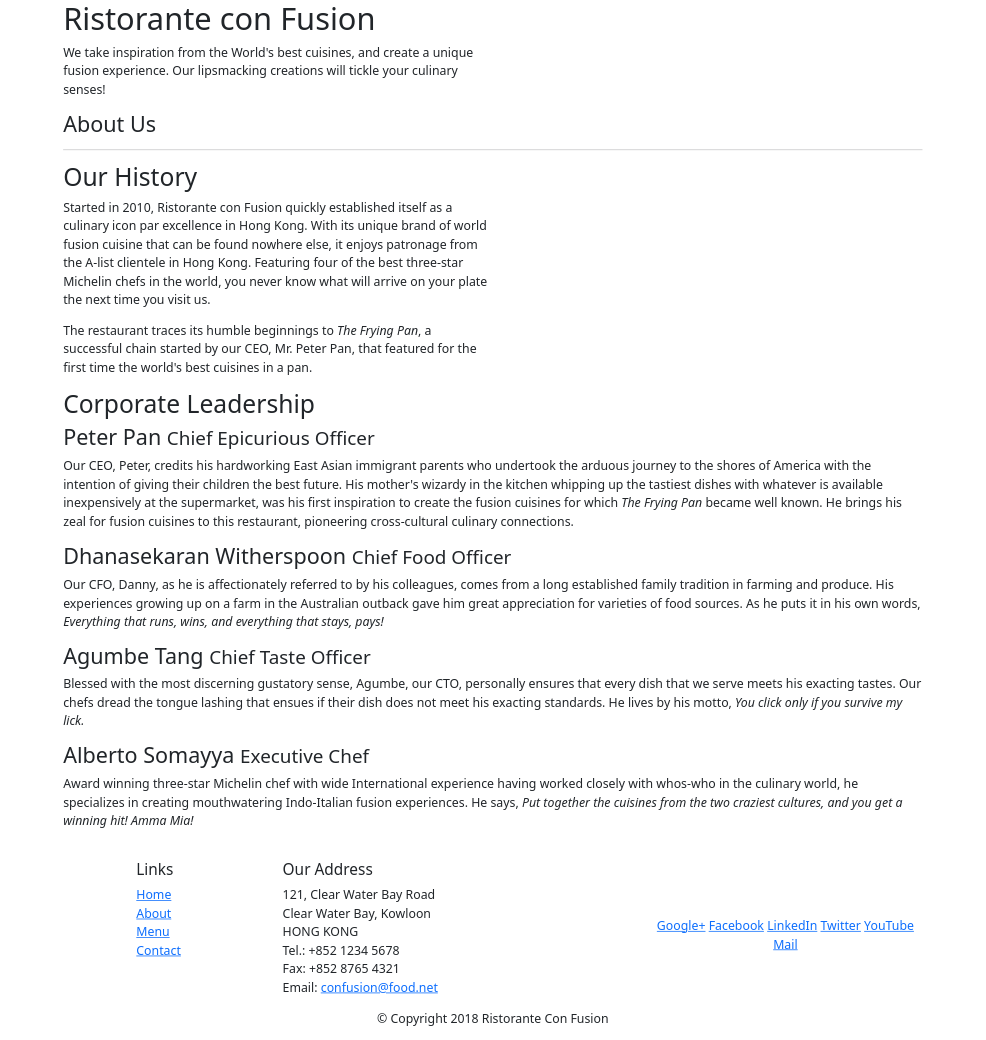
Repository: devjeremyjake/confusion
Page: aboutus.html
The author's editor kept a copy of each file at every save. The page is drawn from the files as they stood at one save, then again after a run of saves.
The browser window is 1280 px wide. The pictures show the whole page, at 77% of full size.
Some web libraries are served in a nearby version.

Above is the page before, as saved 2020-01-30 15:30:38.

### aboutus.html
<!DOCTYPE html>
<html lang="en">

<head>
    <meta charset="UTF-8">
    <meta name="viewport" content="width=device-width, initial-scale=1.0">
    <meta http-equiv="X-UA-Compatible" content="ie=edge">
    <title>Ristorante Con Fusion: About Us</title>
    <link rel="stylesheet" href="css/style.css">
    <link rel="stylesheet" href="node_modules/bootstrap/dist/css/bootstrap.min.css">

</head>

<body>

    <header class="jumbotron">
        <div class="container">
            <div class="row row-header">
                <div class="col-12 col-sm-6">
                    <h1>Ristorante con Fusion</h1>
                    <p>We take inspiration from the World's best cuisines, and create a unique fusion experience. Our lipsmacking creations will tickle your culinary senses!</p>
                </div>
                <div class="col-12 col-sm">
                </div>
            </div>
        </div>
    </header>

    <div class="container">
        <div>
            <div>
               <h3>About Us</h3>
               <hr>
            </div>
        </div>

        <div class="row-content">
            <div class="col-lg-6">
                <h2>Our History</h2>
                <p>Started in 2010, Ristorante con Fusion quickly established itself as a culinary icon par excellence in Hong Kong. With its unique brand of world fusion cuisine that can be found nowhere else, it enjoys patronage from the A-list clientele in Hong Kong.  Featuring four of the best three-star Michelin chefs in the world, you never know what will arrive on your plate the next time you visit us.</p>
                <p>The restaurant traces its humble beginnings to <em>The Frying Pan</em>, a successful chain started by our CEO, Mr. Peter Pan, that featured for the first time the world's best cuisines in a pan.</p>
            </div>
            <div>
            </div>
        </div>


        <div class="row-content">
            <div class="col-md-12">
                <h2>Corporate Leadership</h2>
                <h3>Peter Pan <small>Chief Epicurious Officer</small></h3>
                <p class="d-none d-sm-block">Our CEO, Peter, credits his hardworking East Asian immigrant parents who undertook the arduous journey to the shores of America with the intention of giving their children the best future. His mother's wizardy in the kitchen whipping up the tastiest dishes with whatever is available inexpensively at the supermarket, was his first inspiration to create the fusion cuisines for which <em>The Frying Pan</em> became well known. He brings his zeal for fusion cuisines to this restaurant, pioneering cross-cultural culinary connections.</p>
                <h3>Dhanasekaran Witherspoon <small>Chief Food Officer</small></h3>
                <p class="d-none d-sm-block">Our CFO, Danny, as he is affectionately referred to by his colleagues, comes from a long established family tradition in farming and produce. His experiences growing up on a farm in the Australian outback gave him great appreciation for varieties of food sources. As he puts it in his own words, <em>Everything that runs, wins, and everything that stays, pays!</em></p>
                <h3>Agumbe Tang <small>Chief Taste Officer</small></h3>
                <p class="d-none d-sm-block">Blessed with the most discerning gustatory sense, Agumbe, our CTO, personally ensures that every dish that we serve meets his exacting tastes. Our chefs dread the tongue lashing that ensues if their dish does not meet his exacting standards. He lives by his motto, <em>You click only if you survive my lick.</em></p>
                <h3>Alberto Somayya <small>Executive Chef</small></h3>
                <p class="d-none d-sm-block">Award winning three-star Michelin chef with wide International experience having worked closely with whos-who in the culinary world, he specializes in creating mouthwatering Indo-Italian fusion experiences. He says, <em>Put together the cuisines from the two craziest cultures, and you get a winning hit! Amma Mia!</em></p class="d-none d-sm-block">
            </div>
       </div>

    </div>
    <br>
    <footer class="footer">
        <div class="container">
            <div class="row">
                <div class="col-4 offset-1 col-sm-2">
                    <h5>Links</h5>
                    <ul class="list-unstyled">
                        <li><a href="#">Home</a></li>
                        <li><a href="#">About</a></li>
                        <li><a href="#">Menu</a></li>
                        <li><a href="#">Contact</a></li>
                    </ul>
                </div>
                <div class="col-7 col-sm-5">
                    <h5>Our Address</h5>
                    <address>
		              121, Clear Water Bay Road<br>
		              Clear Water Bay, Kowloon<br>
		              HONG KONG<br>
		              Tel.: +852 1234 5678<br>
		              Fax: +852 8765 4321<br>
		              Email: <a href="mailto:confusion@food.net">confusion@food.net</a>
		           </address>
                </div>
                <div class="col-12 col-sm-4 align-self-center">
                    <div class="text-center">
                        <a href="http://google.com/+">Google+</a>
                        <a href="http://www.facebook.com/profile.php?id=">Facebook</a>
                        <a href="http://www.linkedin.com/in/">LinkedIn</a>
                        <a href="http://twitter.com/">Twitter</a>
                        <a href="http://youtube.com/">YouTube</a>
                        <a href="mailto:">Mail</a>
                    </div>
                </div>
           </div>
           <div class="row justify-content-center">
                <div class="col-auto">
                    <p>© Copyright 2018 Ristorante Con Fusion</p>
                </div>
           </div>
        </div>
    </footer>
    <script src="node_modules/jquery/dist/jquery.slim.min.js"></script>
    <script src="node_modules/popper.js/dist/umd/popper.min.js"></script>
    <script src="node_modules/bootstrap/dist/js/bootstrap.min.js"></script>
</body>

</html>

### css/style.css
.row-header {
    margin: px auto;
    padding: 0px;
}

.row-content {
    margin: 0px auto;

}

After the next 4 saves:
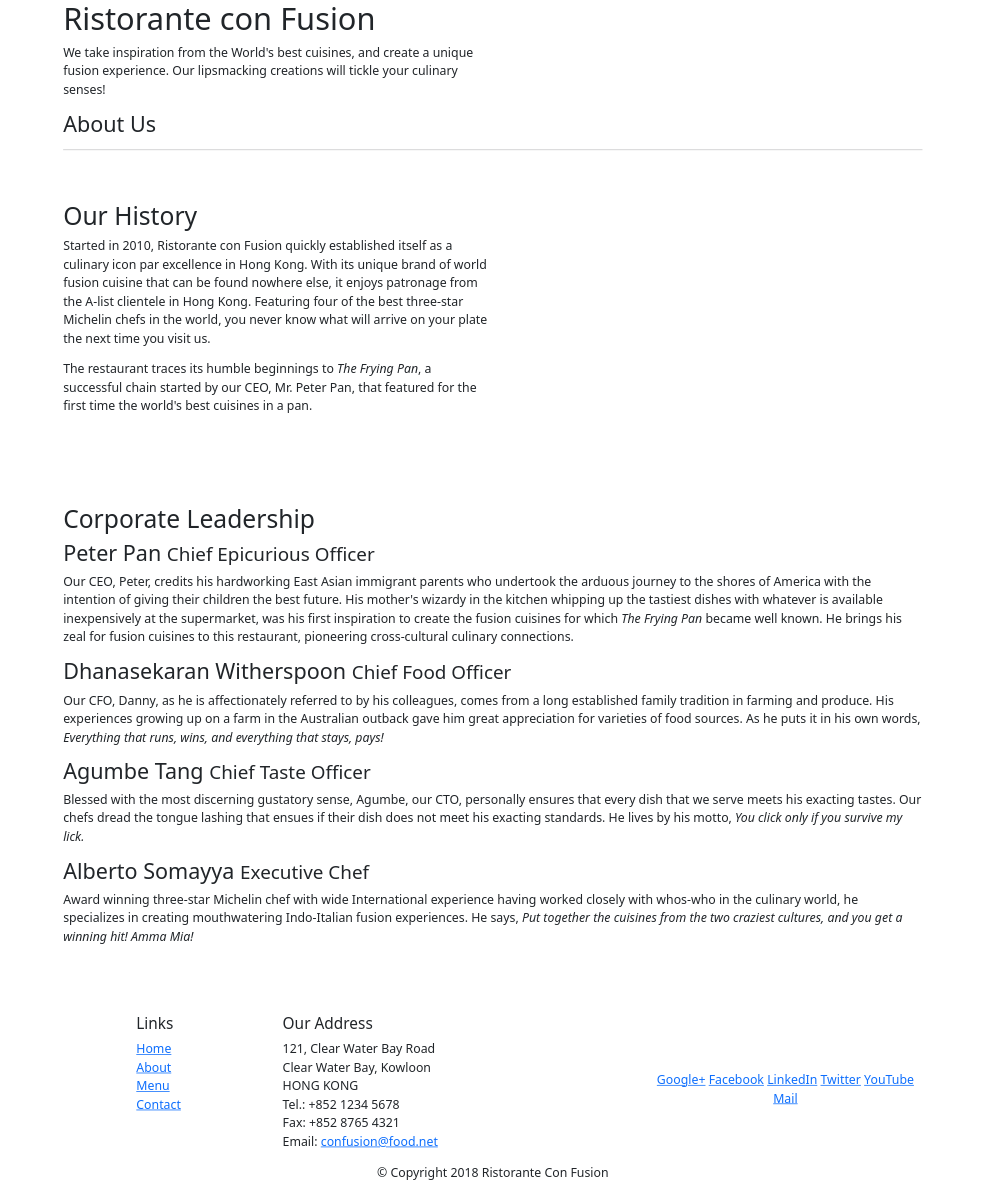
The 4 saves are shown as one change because they came seconds apart.
The last was saved 10 s later.
--- a/css/style.css
+++ b/css/style.css
@@ -5,5 +5,5 @@
 
 .row-content {
     margin: 0px auto;
-
+    padding: 50px 0px;
 }
